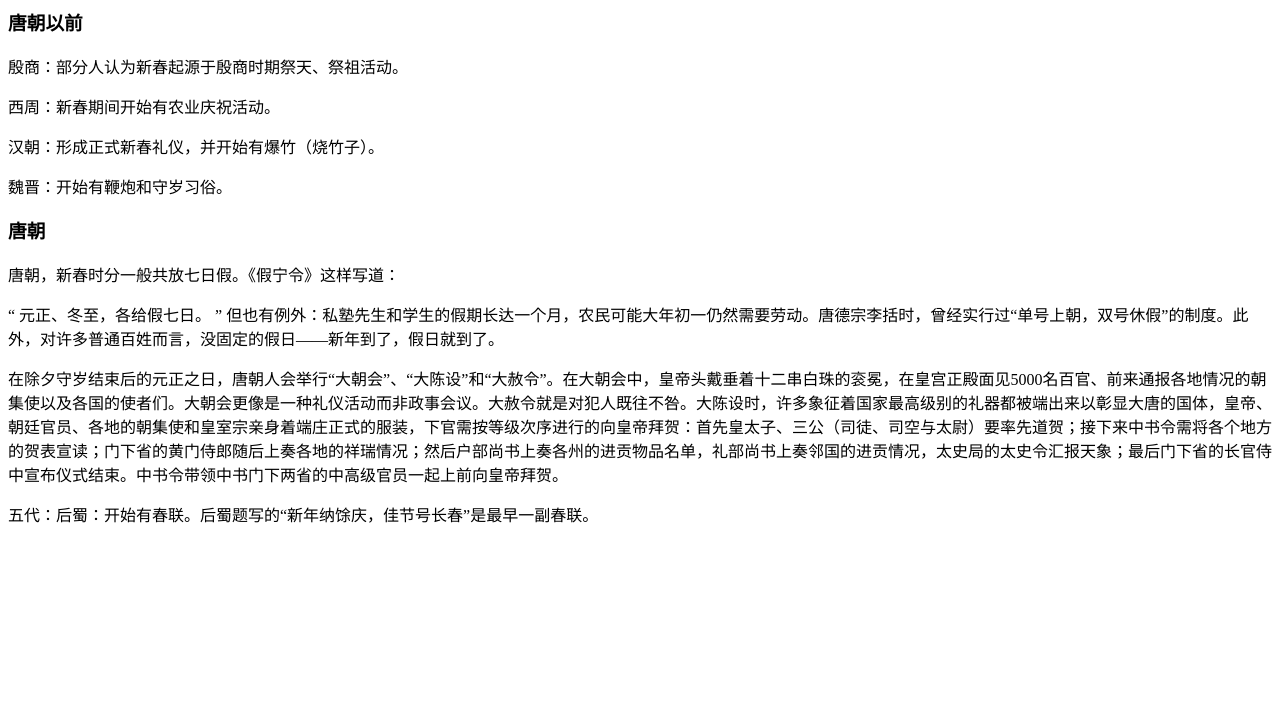
Repository: XueJie1/computer-operation-basics
Page: pages/springfes/history.html
These files come from the project's save history. The page is drawn as it stood at one moment and after the next save; the edit follows.
The browser window is 1280 px wide. The pictures show the whole page.

Above is the page before, as saved 2023-09-03 14:35:23.

After the next save:
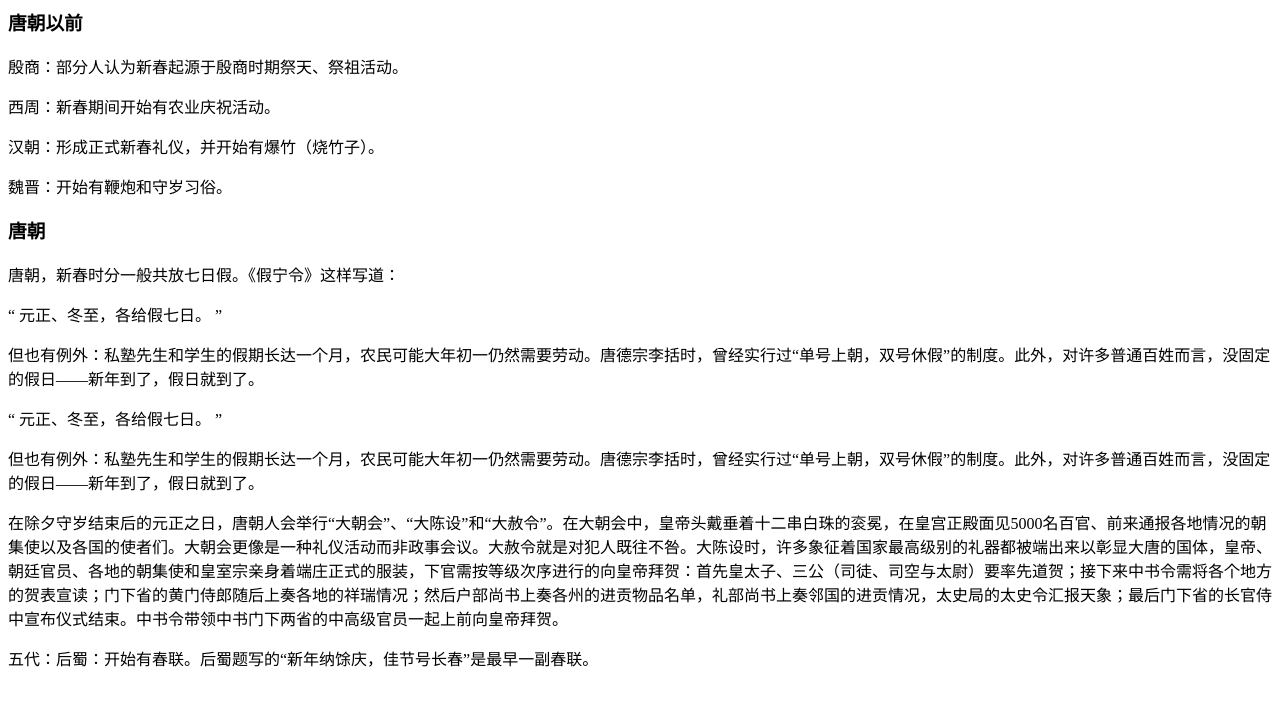
Saved 33 s later.
--- a/pages/springfes/history.html
+++ b/pages/springfes/history.html
@@ -5,8 +5,11 @@
 <p>魏晋：开始有鞭炮和守岁习俗。</p>
 <h3>唐朝</h3>
 <p>唐朝，新春时分一般共放七日假。《假宁令》这样写道：</p>
-<p>“ 元正、冬至，各给假七日。 ”
-    但也有例外：私塾先生和学生的假期长达一个月，农民可能大年初一仍然需要劳动。唐德宗李括时，曾经实行过“单号上朝，双号休假”的制度。此外，对许多普通百姓而言，没固定的假日——新年到了，假日就到了。</p>
+<p>“ 元正、冬至，各给假七日。 ”</p>
+<p> 但也有例外：私塾先生和学生的假期长达一个月，农民可能大年初一仍然需要劳动。唐德宗李括时，曾经实行过“单号上朝，双号休假”的制度。此外，对许多普通百姓而言，没固定的假日——新年到了，假日就到了。</p>
+<p>“ 元正、冬至，各给假七日。 ”</p>
+<p> 但也有例外：私塾先生和学生的假期长达一个月，农民可能大年初一仍然需要劳动。唐德宗李括时，曾经实行过“单号上朝，双号休假”的制度。此外，对许多普通百姓而言，没固定的假日——新年到了，假日就到了。</p>
+
 <p>在除夕守岁结束后的元正之日，唐朝人会举行“大朝会”、“大陈设”和“大赦令”。在大朝会中，皇帝头戴垂着十二串白珠的衮冕，在皇宫正殿面见5000名百官、前来通报各地情况的朝集使以及各国的使者们。大朝会更像是一种礼仪活动而非政事会议。大赦令就是对犯人既往不咎。大陈设时，许多象征着国家最高级别的礼器都被端出来以彰显大唐的国体，皇帝、朝廷官员、各地的朝集使和皇室宗亲身着端庄正式的服装，下官需按等级次序进行的向皇帝拜贺：首先皇太子、三公（司徒、司空与太尉）要率先道贺；接下来中书令需将各个地方的贺表宣读；门下省的黄门侍郎随后上奏各地的祥瑞情况；然后户部尚书上奏各州的进贡物品名单，礼部尚书上奏邻国的进贡情况，太史局的太史令汇报天象；最后门下省的长官侍中宣布仪式结束。中书令带领中书门下两省的中高级官员一起上前向皇帝拜贺。
 </p>
 <p>五代：后蜀：开始有春联。后蜀题写的“新年纳馀庆，佳节号长春”是最早一副春联。</p>
